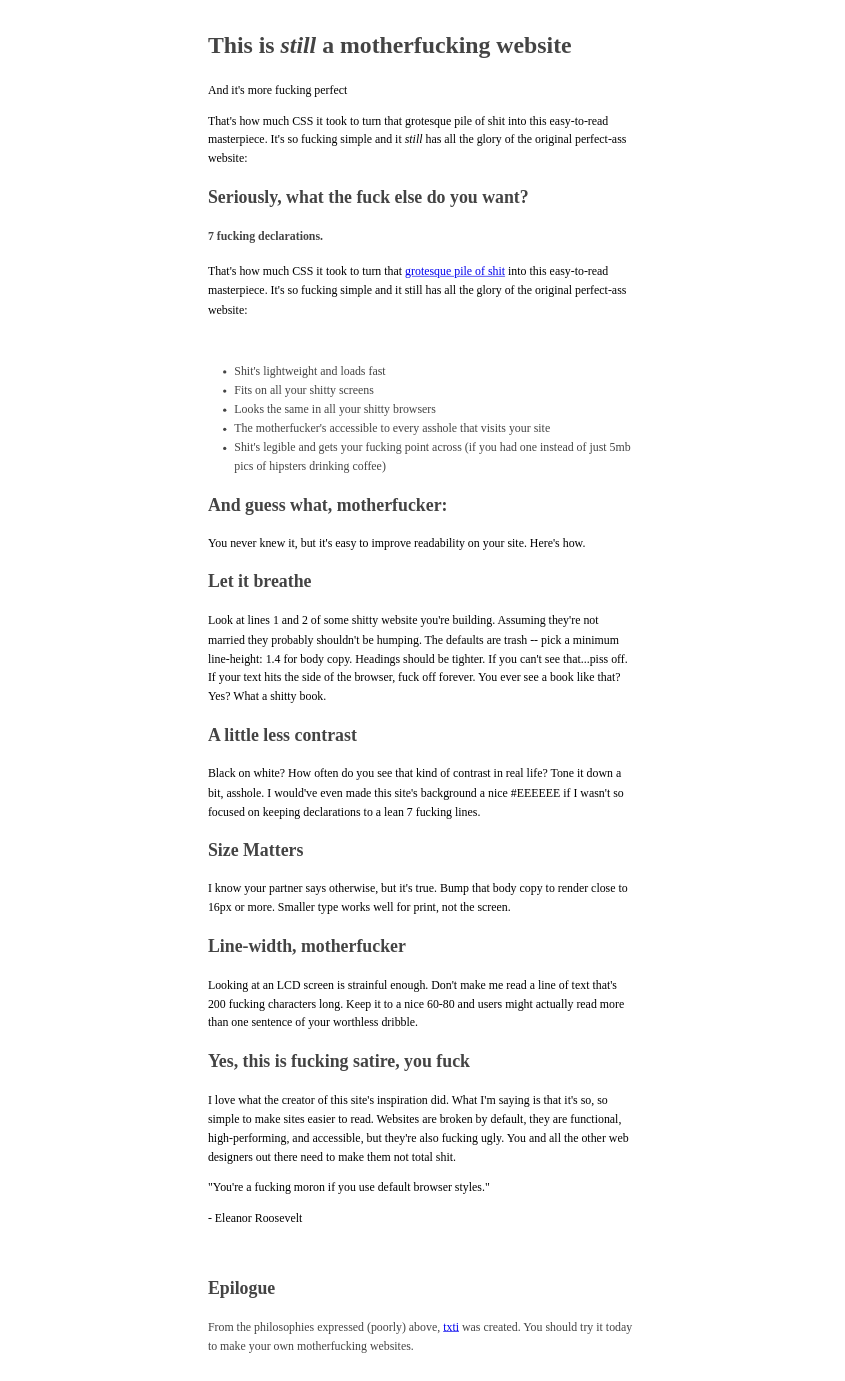
Repository: Ulrichvoitier/Refaire-Google
Page: Better MotherFuckingWebsite.html
The author's editor kept a copy of each file at every save. The page is drawn from the files as they stood at one save, then again after the next save.
The browser window is 1280 px wide. The pictures show the whole page, at 66% of full size.

Above is the page before, as saved 2023-01-09 21:28:54.

After the next save:
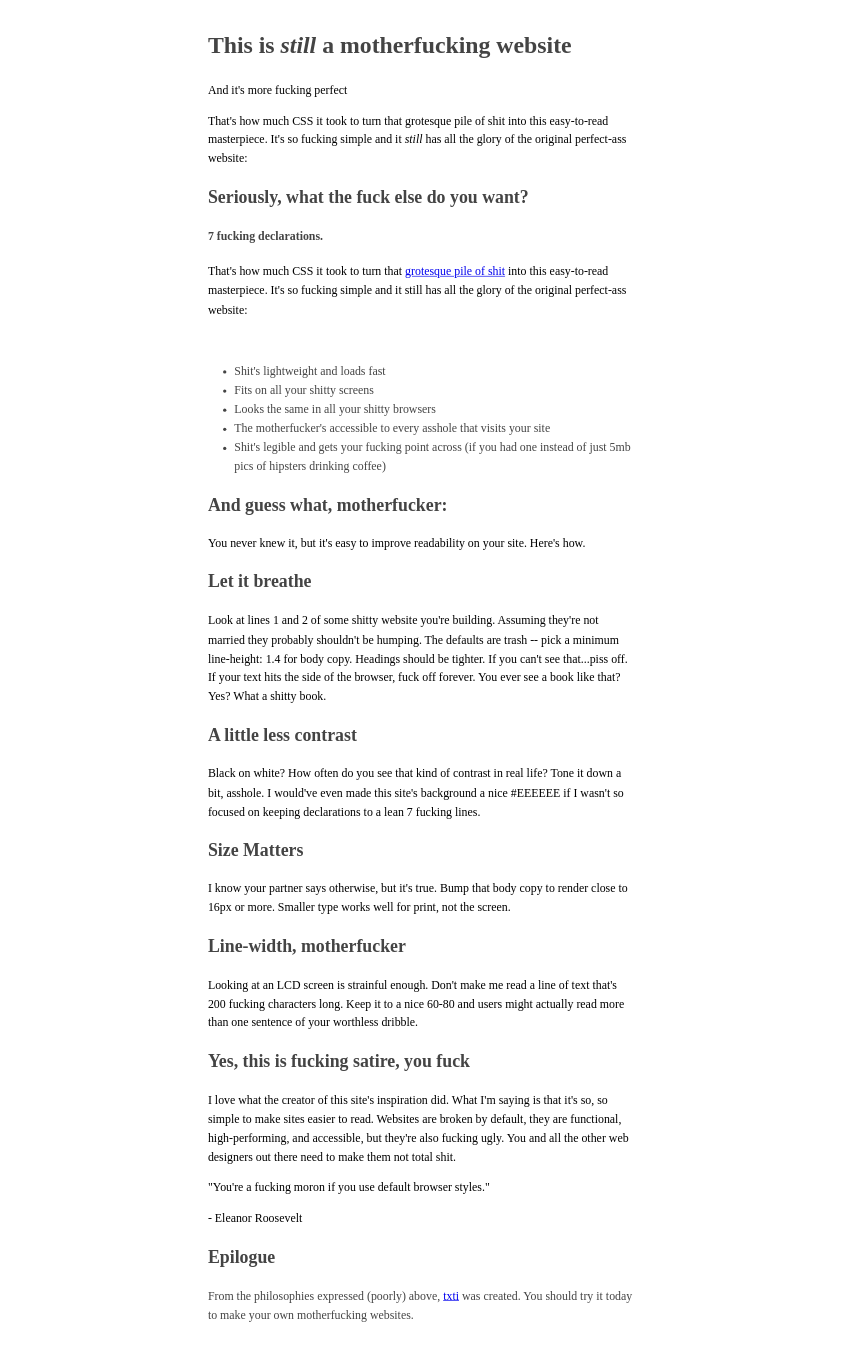
Saved 3 min 6 s later.
--- a/Better MotherFuckingWebsite.html
+++ b/Better MotherFuckingWebsite.html
@@ -40,13 +40,11 @@
     <p>Looking at an LCD screen is strainful enough. Don't make me read a line of text that's 200 fucking characters long. Keep it to a nice 60-80 and users might actually read more than one sentence of your worthless dribble.</p>
 
     <h2>Yes, this is fucking satire, you fuck</h2>
-    <p> I love what the creator of this site's inspiration did. What I'm saying is that it's so, so simple to make sites easier to read. Websites are broken by default, they are functional, high-performing, and accessible, but they're also fucking ugly. You and all the other web designers out there need to make them not total shit.
+    <p> I love what the creator of <a herf="http://motherfuckingwebsite.com/">this site's inspiration</a> did. What I'm saying is that it's so, so simple to make sites easier to read. Websites are broken by default, they are functional, high-performing, and accessible, but they're also fucking ugly. You and all the other web designers out there need to make them not total shit.
     <br>
     <p>"You're a fucking moron if you use default browser styles."</p>
         <p>- Eleanor Roosevelt</p>
     </p>
-
-    <br>
 <h2>Epilogue</h2>
 From the philosophies expressed (poorly) above, <a href="http://txti.es/">txti</a> was created. You should try it today to make your own motherfucking websites.
     </body>
